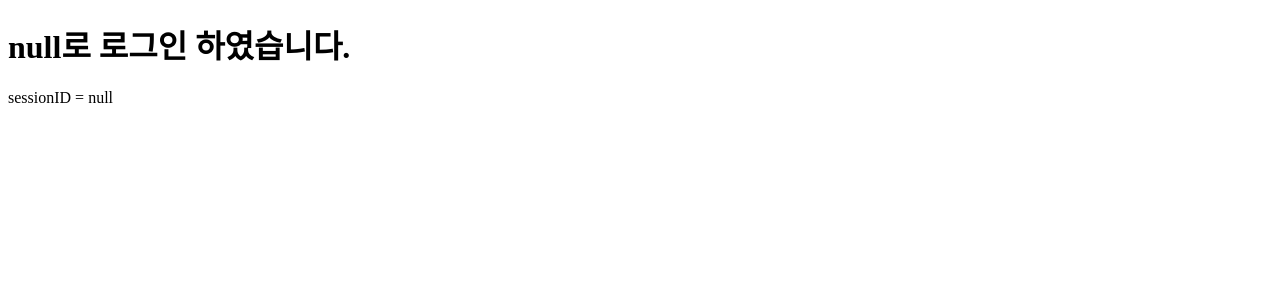
Repository: Yang-Seungjae/JSPservlet
Page: http://localhost/example1/ex8-exam2/mainpage2.jsp
These files come from the project's save history. The page is drawn as it stood at one moment and after the next save; the edit follows.
The browser window is 1280 px wide. The pictures show the whole page.
The page is served by Tomcat 9.

Above is the page before, as saved 2023-05-23 05:13:29.

After the next save:
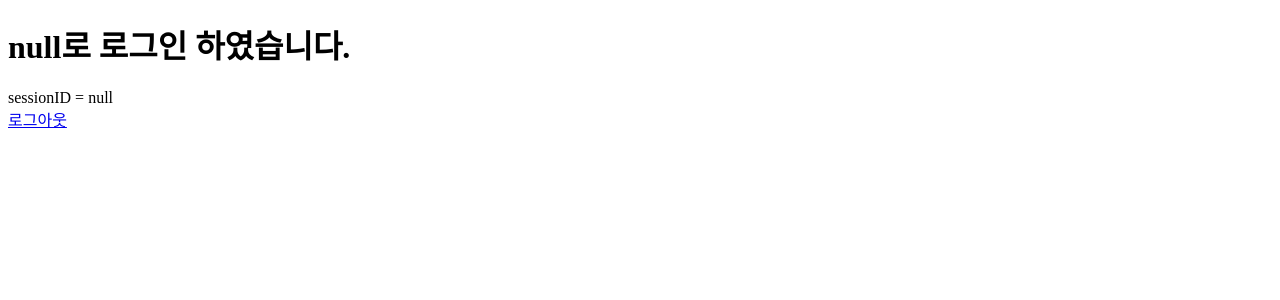
Saved 18 min 33 s later.
--- a/example1/src/main/webapp/ex8-exam2/mainpage2.jsp
+++ b/example1/src/main/webapp/ex8-exam2/mainpage2.jsp
@@ -14,5 +14,6 @@
 <h1><%= id %>로 로그인 하였습니다. <br/></h1>
 sessionID = <%= sessionID %> <br/>
 
+<a href ="./login.jsp"  type ="button">로그아웃</a>
 </body>
 </html>
